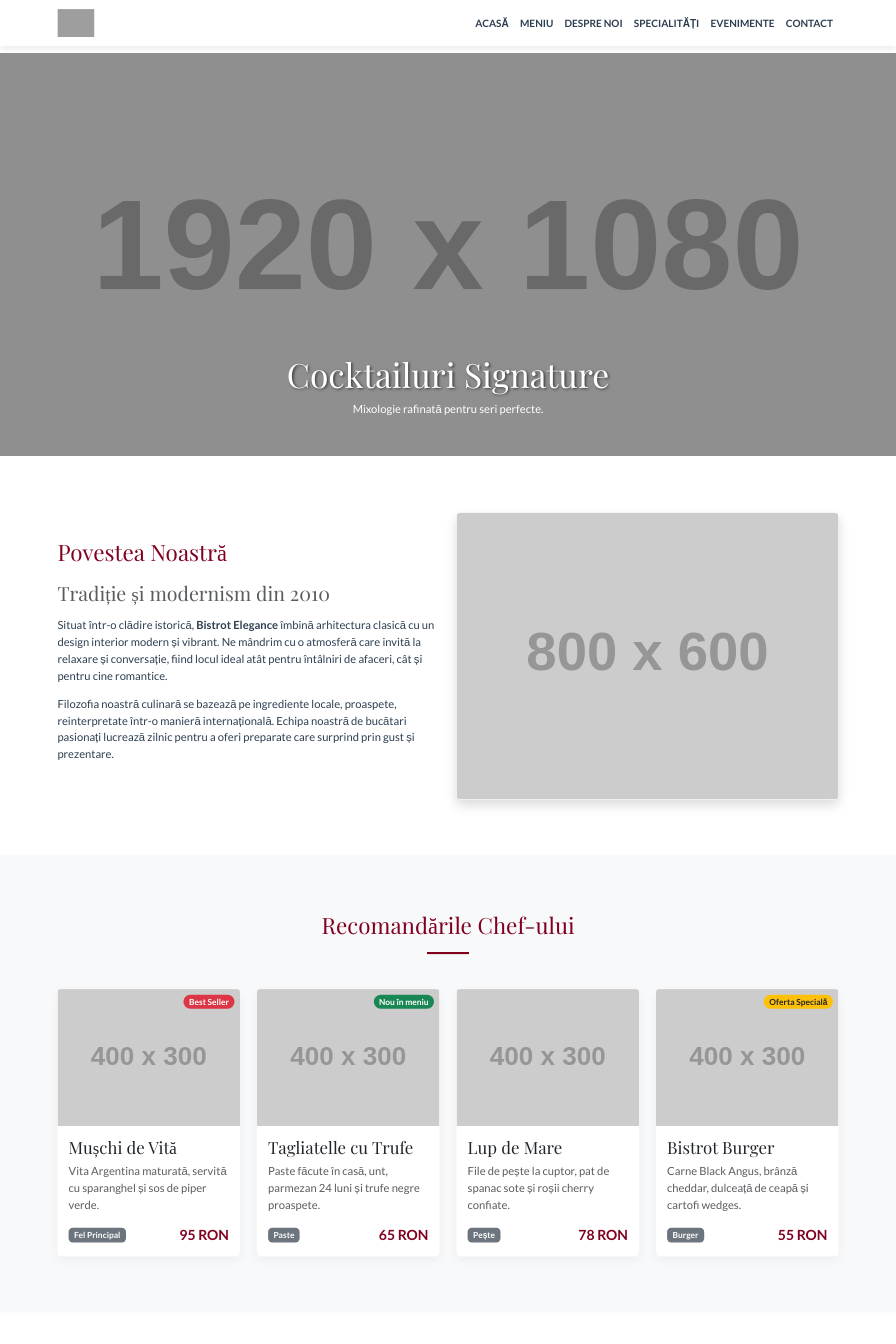
Repository: 912-Comsa-Teodora/bistrot-restaurant
Page: restaurant/index.html
The author's editor kept a copy of each file at every save. The page is drawn from the files as they stood at one save, then again after the next save.
The browser window is 1280 px wide. The pictures show the part of the page from y = 0 to 1920 px (the page is 3056 px tall), at 70% of full size.
Pictures or frames that could not be fetched are drawn as grey boxes.

Above is the page before, as saved 2026-01-04 21:19:57.

After the next save:
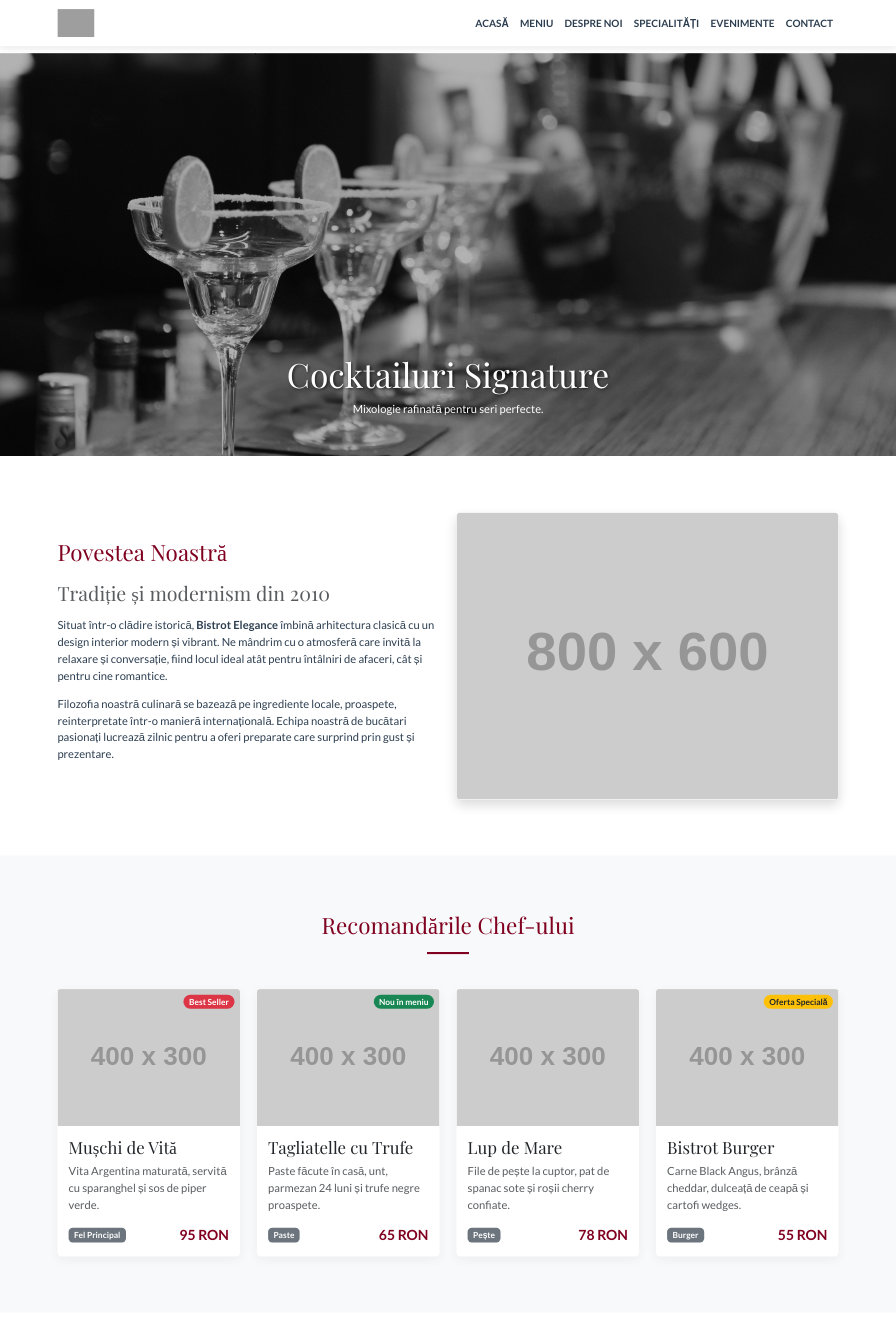
Saved 2 min 31 s later.
--- a/restaurant/index.html
+++ b/restaurant/index.html
@@ -182,7 +182,7 @@
                 </div>
 
                 <div class="carousel-item" data-bs-interval="4000">
-                    <img src="https://placehold.co/1920x1080/444/fff?text=Bar+Cocktails" class="d-block w-100" alt="Barman preparând cocktailuri signature">
+                    <img src="pictures/cover-bauturi.jpg" class="d-block w-100" alt="Barman preparând cocktailuri signature">
                     <div class="carousel-caption d-none d-md-block">
                         <h2>Cocktailuri Signature</h2>
                         <p>Mixologie rafinată pentru seri perfecte.</p>
@@ -190,7 +190,7 @@
                 </div>
 
                 <div class="carousel-item" data-bs-interval="4000">
-                    <img src="https://placehold.co/1920x1080/555/fff?text=Platou+Gourmet" class="d-block w-100" alt="Platou cu specialitati culinare gourmet">
+                    <img src="pictures/cover-mancare.jpg" class="d-block w-100" alt="Barman preparând cocktailuri signature">
                     <div class="carousel-caption d-none d-md-block">
                         <h2>Gusturi Autentice</h2>
                         <p>Preparate create cu pasiune din ingrediente locale.</p>
